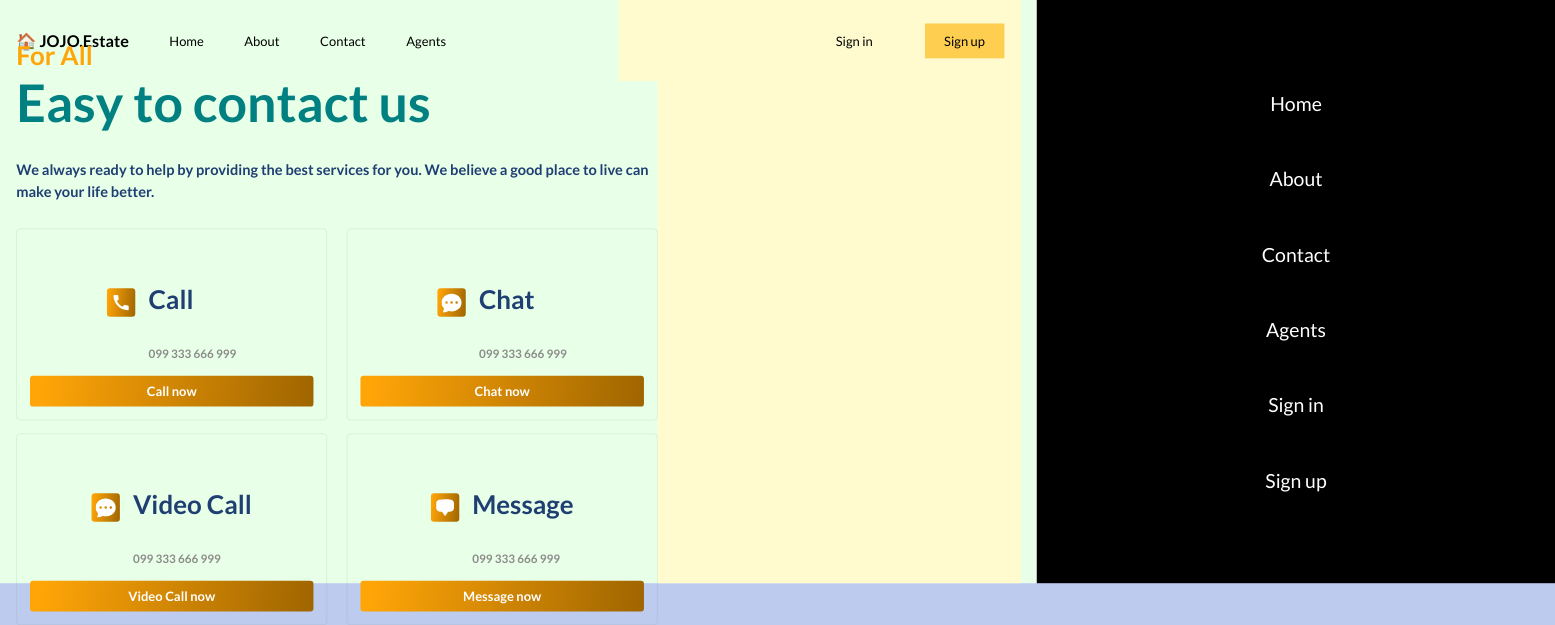
Repository: AiTrinh303/JOJO-estate
Page: /contact (app in client/)
An editor plug-in stored every save of this project. The page is shown before and after the next save, followed by the edit.
The browser window is 1280 px wide. The page is 1920 px wide, so the pictures cover 1920 px, including what lies to the right of the window. The pictures show the whole page, at 81% of full size.
The page's requests for data from a server got no answer. The project was rebuilt for these pictures with package versions that can differ from the ones it lists, and the page was loaded fresh each time. No one was signed in, and anything a server would have sent is missing. Also part of the build but not shown: client/vite.config.js, client/src/components/searchBar/searchBar.scss, client/src/components/searchBar/SearchBar.jsx, client/src/routes/homePage/homePage.scss, client/src/routes/homePage/homePage.jsx, client/src/routes/listPage/listPage.scss, client/src/components/filter/filter.scss, client/src/components/filter/Filter.jsx and 30 more. Imported but missing from the stored project, and not drawn on this page: client/src/components/uploadWidget/UploadWidget.

Above is the page before, as saved 2024-10-15 14:58:43.

### client/index.html
<!DOCTYPE html>
<html lang="en">
  <head>
    <meta charset="UTF-8" />
    <link rel="icon" type="image/svg+xml" href="/logo.png" />
    <meta name="viewport" content="width=device-width, initial-scale=1.0" />
    <title>🏠JOJO Estate App</title>
    <meta name="description" content="Buy, Sell and Rent Properties" />
    <link
      href="https://fonts.googleapis.com/css2?family=Lato:ital,wght@0,100;0,300;0,400;0,700;0,900;1,100;1,300;1,400;1,700;1,900&display=swap"
      rel="stylesheet"
    />
  </head>
  <body>
    <div id="root"></div>
    <script type="module" src="/src/main.jsx"></script>
  </body>
</html>

### client/src/App.jsx
import { createBrowserRouter, RouterProvider } from "react-router-dom";
import { Layout, RequireAuth } from "./routes/layout/layout";
import HomePage from "./routes/homePage/homePage";
import ListPage from "./routes/listPage/listPage";
import SinglePage from "./routes/singlePage/singlePage";
import ProfilePage from "./routes/profilePage/profilePage";
import Login from "./routes/login/login";
import Register from "./routes/register/register";
import ProfileUpdatePage from "./routes/profileUpdatePage/profileUpdatePage";
import NewPostPage from "./routes/newPostPage/newPostPage";
import NotFoundPage from "./routes/notFoundPage/notFoundPage";
import { listPageLoader, profilePageLoader, singlePageLoader } from "./lib/loaders";
import AboutPage from "./routes/aboutPage/aboutPage";
import ContactPage from "./routes/contactPage/contactPage";

function App() {
  const router = createBrowserRouter([
    {
      path: "/",
      element: <Layout />,
      children: [
        {
          path: "/",
          element: <HomePage />,
        },
        {
          path: "/about",
          element: <AboutPage />,
        },
        {
          path: "/contact",
          element: <ContactPage />,
        },
        {
          path: "/list",
          element: <ListPage />,
          loader: listPageLoader,
        },
        {
          path: "/:id",
          element: <SinglePage />,
          loader: singlePageLoader,
        },
        {
          path: "/login",
          element: <Login />,
        },
        {
          path: "/register",
          element: <Register />,
        }
      ],
    },
    {
      path: "/",
      element: <RequireAuth />,
      children: [
        {
          path: "/profile",
          element: <ProfilePage />,
          loader: profilePageLoader
        },
        {
          path: "/profile/update",
          element: <ProfileUpdatePage />,
        },
        {
          path: "/add",
          element: <NewPostPage />,
        },
      ],
    },
    {
      path: "*",
      element: <NotFoundPage />,
    }
  ]);

  return <RouterProvider router={router} />;
}

export default App;

### client/src/index.scss
*{
  padding: 0;
  margin: 0;
  box-sizing: border-box;
}

a {
  text-decoration: none;
  color: inherit;
}

body{
  font-family: "Lato", sans-serif;
  overflow: hidden;
  background-color: #bdcbee;

}

### client/src/context/AuthContext.jsx
import { createContext, useEffect, useState } from "react";

export const AuthContext = createContext();

export const AuthContextProvider = ({ children }) => {
  const [currentUser, setCurrentUser] = useState(JSON.parse(localStorage.getItem("user")) || null );

  const updateUser = (data) => {
    setCurrentUser(data);
  };

  useEffect(() => {
    localStorage.setItem("user", JSON.stringify(currentUser));
  }, [currentUser]);

  return (
    <AuthContext.Provider value={{ currentUser,updateUser }}>
      {children}
    </AuthContext.Provider>
  );
};

### client/src/context/SocketContext.jsx
import { createContext, useContext, useEffect, useState } from "react";
import { io } from "socket.io-client";
import { AuthContext } from "./AuthContext";

export const SocketContext = createContext();

export const SocketContextProvider = ({ children }) => {
  const { currentUser } = useContext(AuthContext);
  const [socket, setSocket] = useState(null);

  useEffect(() => {
    setSocket(io("http://localhost:4444"));
  }, []);

  useEffect(() => {
    currentUser && socket?.emit("newUser", currentUser.id);
  }, [currentUser, socket]);

  return (
    <SocketContext.Provider value={{ socket }}>
      {children}
    </SocketContext.Provider>
  );
};

### client/src/routes/layout/layout.jsx
import "./layout.scss";
import Navbar from "../../components/navbar/Navbar";
import { Navigate, Outlet } from "react-router-dom";
import { useContext } from "react";
import { AuthContext } from "../../context/AuthContext";

function Layout() {
  return (
    <div className="layout">
      <div className="navbar">
        <Navbar />
      </div>
      <div className="content">
        <Outlet />
      </div>
    </div>
  );
}

function RequireAuth() {
  const { currentUser } = useContext(AuthContext);

  if (!currentUser) return <Navigate to="/login" />;
  else {
    return (
      <div className="layout">
        <div className="navbar">
          <Navbar />
        </div>
        <div className="content">
          <Outlet />
        </div>
      </div>
    );
  }
}

export { Layout, RequireAuth };

### client/src/lib/loaders.js
import { defer } from "react-router-dom";
import apiRequest from "./apiRequest";

export const singlePageLoader = async ({ request, params }) => {
  const res = await apiRequest("/posts/" + params.id);
  return res.data;
};

export const listPageLoader = async ({ request, params }) => {
  // console.log(request)
  const query = request.url.split("?")[1];
  const postPromise = apiRequest("/posts?" + query);
  return defer({
    postResponse: postPromise,
  });
};

export const profilePageLoader = async () => {
  const postPromise = apiRequest("/users/profilePosts");
  const chatPromise = apiRequest("/chats");
  return defer({
    postResponse: postPromise,
    chatResponse: chatPromise,
  });
};

### client/src/routes/contactPage/contactPage.jsx
import './contactPage.scss'
import { MdCall } from "react-icons/md";
import { BsFillChatDotsFill } from "react-icons/bs";
import { HiChatBubbleBottomCenter } from 'react-icons/hi2'

const ContactPage = () => {
  return (
    <div className="contactPage">
      <div className="textContainer">
        <h3 >For All</h3>
        <h1 >Easy to contact us</h1>
        <span className="secondaryText">
            We always ready to help by providing the best services for you.
            We believe a good place to live can make your life better.
        </span>

        <div className="contactContainer">
            {/* first row */}
            <div className="row">
              <div className="mode">
                <div className="flexStart">
                  <div className="icon">
                    <MdCall size={25} />
                  </div>
                  <div className="detail">
                    <span className="primaryText">Call</span>
                    <span className="secondaryText">099 333 666 999</span>
                  </div>
                </div>
                <div className="button">Call now</div>
              </div>

              <div className="mode">
                <div className="flexStart">
                  <div className="icon">
                    <BsFillChatDotsFill size={25} />
                  </div>
                  <div className="detail">
                    <span className="primaryText">Chat</span>
                    <span className="secondaryText">099 333 666 999</span>
                  </div>
                </div>
                <div className="button">Chat now</div>
              </div>
            </div>

            {/* second row */}
            <div className="row">
              <div className="mode">
                <div className="flexStart">
                  <div className="icon">
                    <BsFillChatDotsFill size={25} />
                  </div>
                  <div className="detail">
                    <span className="primaryText">Video Call</span>
                    <span className="secondaryText">099 333 666 999</span>
                  </div>
                </div>
                <div className="button">Video Call now</div>
              </div>

              <div className="mode">
                <div className="flexStart">
                  <div className="icon">
                    <HiChatBubbleBottomCenter size={25} />
                  </div>
                  <div className="detail">
                    <span className="primaryText">Message</span>
                    <span className="secondaryText">099 333 666 999</span>
                  </div>
                </div>
                <div className="button">Message now</div>
              </div>
            </div>
          </div>
      </div>

      <div className="imgContainer">
        <img src="/contact.png" alt="Contact" />
      </div>
    </div>
  )
}

export default ContactPage

### client/src/routes/layout/layout.scss
@import "../../responsive.scss";

.layout {
  height: 100vh;
  max-width: 1366px;
  margin-left: auto;
  margin-right: auto;
  padding-left: 20px;
  padding-right: 20px;
  background: rgb(232, 255, 232);

  @include lg {
    max-width: 1280px;
  }

  @include md {
    max-width: 768px;
  }

  @include sm {
    max-width: 640px;
  }

  .content {
    // flex: 1;
    height: calc(100vh - 100px);
  }
}

### client/src/components/navbar/Navbar.jsx
import { useContext, useState } from "react";
import "./navbar.scss";
import { Link } from "react-router-dom";
import { AuthContext } from "../../context/AuthContext";
import { useNotificationStore } from "../../lib/notificationStore";

function Navbar() {
  const [open, setOpen] = useState(false);

  const { currentUser } = useContext(AuthContext);

  const fetch = useNotificationStore((state) => state.fetch);
  const number = useNotificationStore((state) => state.number);

  if(currentUser) fetch();

  return (
    <nav>
      <div className="left">
        <Link to="/" className="logo">
          <span>🏠 JOJO.Estate</span>
        </Link>
        <Link to="/">Home</Link>
        <Link to="/about">About</Link>
        <Link to="/contact">Contact</Link>
        <a href="/">Agents</a>
      </div>

      <div className="right">
        {currentUser ? (
          <div className="user">
            <img src={currentUser.avatar || "/noavatar.jpg"} alt="avatar" />
            <span>{currentUser.username}</span>
            <Link to="/profile" className="profile">
              {number > 0 && <div className="notification">{number}</div>}
              <span>Profile</span>
            </Link>
          </div>
        ) : (
          <>
            <Link to="/login">Sign in</Link>
            <Link to="/register" className="register">
              Sign up
            </Link>
          </>
        )}

            <div className="menuIcon">
                <img
                  src="/menu.png"
                  alt="menu"
                  onClick={() => setOpen((prev) => !prev)}/>
            </div>

        <div className={open ? "menu active" : "menu"}>
          <Link to="/">Home</Link>
          <Link to="/about">About</Link>
          <Link to="/contact">Contact</Link>
          <a href="/">Agents</a>
          <Link to="/login">Sign in</Link>
          <Link to="/register">Sign up</Link>
        </div>

      </div>
    </nav>
  );
}

export default Navbar;

### client/src/lib/apiRequest.js
import axios from "axios";


const apiRequest = axios.create({
  baseURL: "http://localhost:8888/api",
  withCredentials: true,
});

export default apiRequest;

### client/src/routes/contactPage/contactPage.scss
@import "../../responsive.scss";

.contactPage{
    display: flex;
    height: 100%;

    .textContainer {
      flex: 3;
      display: flex;
      flex-direction: column;
      justify-content: center;
      align-items: flex-start;

      h1{
        font-size: 64px;
        color: #008080;
      }

      h3 {
        color : #FFA508;
        font-size: 32px;
      }

      span {
        color: #1f3e72;
        font-weight: bold;
        font-size: 18px;
        line-height: 1.5;
        margin-top: 2rem;
       }

      .contactContainer{
        display: flex;
        flex-direction: column;
        justify-content: center;
        align-items: flex-start;
        margin-top: 2rem;
        gap: 1rem;

        .row{
            display: flex;
            justify-content: flex-start;
            align-items: center;
            gap: 1.5rem;

            .mode{
                display: flex;
                justify-content: center;
                align-items: center;
                flex-direction: column;
                width: 24rem;
                padding: 1rem;
                border: 0.8px solid rgba(115, 114, 114, 0.143);
                border-radius: 5px;
                gap: 1rem;
                transition: all 300ms ease-in;
                background: FFFEF4;
                .flexStart{
                    display: flex;
                    justify-content: flex-start;
                    align-items: center;
                    gap: 1rem;
                    .icon {
                        display: flex;
                        justify-content: center;
                        align-items: center;
                        color: white;
                        background: linear-gradient(97.05deg, #FFA508 3.76%, #9f6500 100%);
                        border: none;
                        border-radius: 4px;
                        padding: 5px;
                    }
                    .detail{
                        display: flex;
                        flex-direction: column;
                        justify-content: center;
                        align-items: flex-start;
                        padding-top: 15px;
                        .primaryText {
                            color: #1f3e72;
                            font-weight: bold;
                            font-size: 2rem;
                          }

                        .secondaryText {
                            color: rgb(140 139 139);
                            font-size: 0.9rem;
                          }
                    }
                }
                .button{
                    display: flex;
                    justify-content: center;
                    align-items: center;
                    font-weight: 500;
                    width: 100%;
                    padding: 0.6rem 1.4rem;
                    color: white;
                    font-weight: 700;
                    background: linear-gradient(97.05deg, #FFA508 3.76%, #9f6500 100%);
                    border: none;
                    border-radius: 4px;
                    transition: all 300ms ease-in;
                }
            }

        }
      }
    }

    .imgContainer {
        flex: 2;
        background-color: #fffbce;
        position: relative;
        display: flex;
        align-items: center;

        @include md {
          display: none;
        }

        img {
          width: 100%;
          position: absolute;
          border-top-left-radius: 250px;
          border-top-right-radius: 250px;
          border: 8px solid rgb(232 232 232 / 93%);
          right: -5px;
          opacity: 0;
          animation: fade-in-slide-up 2s ease-in-out forwards;

          @include lg {
            width: 85%;
          }
        }
    }

}

### client/src/responsive.scss
@mixin sm {
  @media (max-width: 738px) {
    @content;
  }
};

@mixin md {
  @media (max-width: 1024px) {
    @content;
  }
};

@mixin lg {
  @media (max-width: 1366px) {
    @content;
  }
};

### client/src/components/navbar/navbar.scss
@import "../../responsive.scss";

nav {
  height: 100px;
  display: flex;
  justify-content: space-between;
  align-items: center;

  a {
    transition: all 0.4s ease;

    @include sm {
      display: none;
    }

    &:hover {
      scale: 1.08;
    }
  }

  .left {
    flex: 3;
    display: flex;
    align-items: center;
    gap: 50px;

    .logo {
      font-weight: bold;
      font-size: 20px;
      display: flex;
      align-items: center;
      gap: 3px;

      span {
        @include md {
          display: none;
        }

        @include sm {
          display: initial;
        }
      }
    }
  }
  .right {
    flex: 2;
    display: flex;
    align-items: center;
    justify-content: flex-end;
    background-color: #fffbce;
    ;
    height: 100%;

    @include md {
      background-color: transparent;
    }

    a {
      padding: 12px 24px;
      margin: 20px;
    }

    .user{
      display: flex;
      align-items: center;
      font-weight: bold;

      img{
        width: 40px;
        height: 40px;
        border-radius: 50%;
        object-fit: cover;
        margin-right: 20px;
      }

      span{
        @include sm{
          display: none;
        }
      }

      .profile{
        padding: 12px 24px;
        background-color: #fece51;
        cursor: pointer;
        border: none;
        position: relative;

        .notification{
          position: absolute;
          top: -8px;
          right: -8px;
          background-color: red;
          color: white;
          border-radius: 50%;
          width: 26px;
          height: 26px;
          display: flex;
          align-items: center;
          justify-content: center;
        }

      }
    }

    .register {
      background-color: #fece51;
    }

    .menuIcon {
      display: none;
      z-index: 999;

      img {
        width: 36px;
        height: 36px;
        cursor: pointer;
      }

      @include sm {
        display: inline;
      }
    }

    .menu {
      position: absolute;
      top: 0;
      right: -50%;
      background-color: black;
      color: white;
      height: 100vh;
      width: 50%;
      transition: all 1s ease;
      display: flex;
      flex-direction: column;
      align-items: center;
      justify-content: center;
      font-size: 24px;

      &.active {
        right: 0;
      }

      @include sm {
        a {
          display: initial;
        }
      }
    }
  }
}

Loaded but not shown: client/src/main.jsx (common file); client/src/lib/accordion.jsx (common file); client/src/lib/notificationStore.js (common file)

After the next save:
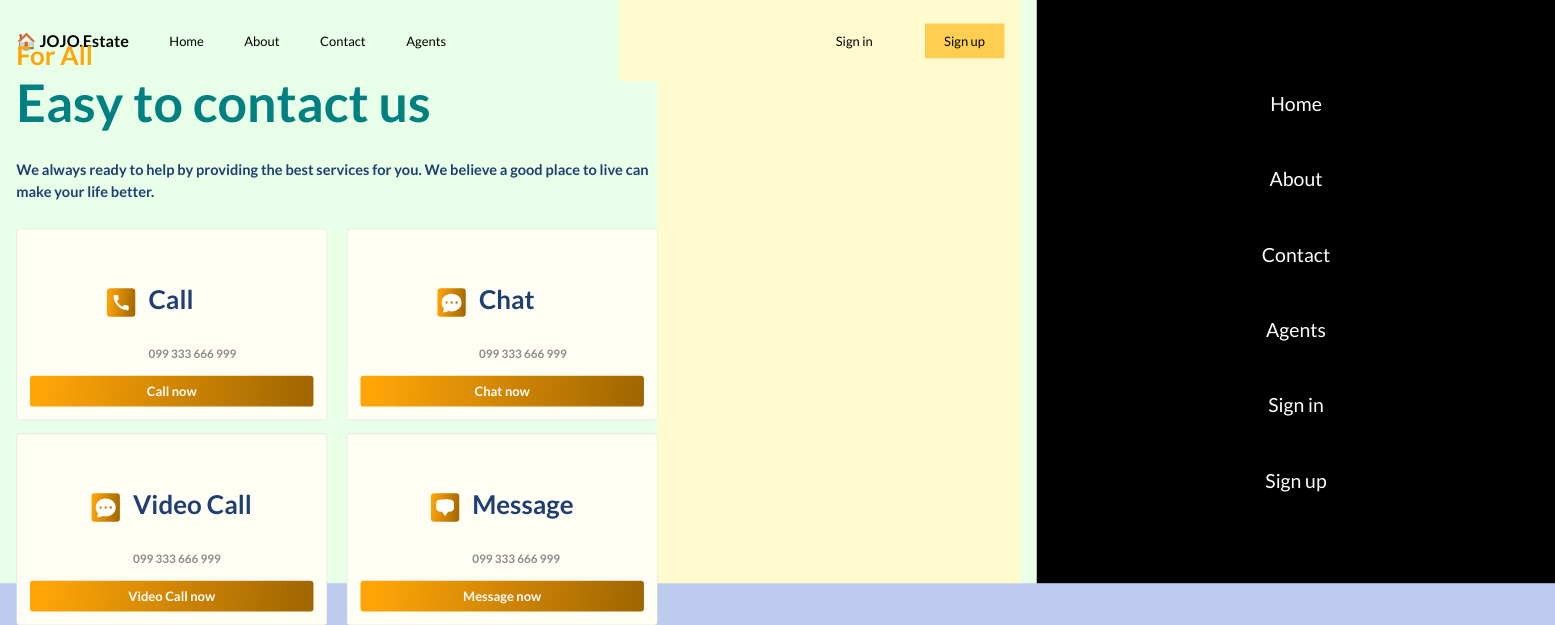
Saved 8 s later.
--- a/client/src/routes/contactPage/contactPage.scss
+++ b/client/src/routes/contactPage/contactPage.scss
@@ -54,7 +54,7 @@
                 border-radius: 5px;
                 gap: 1rem;
                 transition: all 300ms ease-in;
-                background: FFFEF4;
+                background: #FFFEF4;
                 .flexStart{
                     display: flex;
                     justify-content: flex-start;
